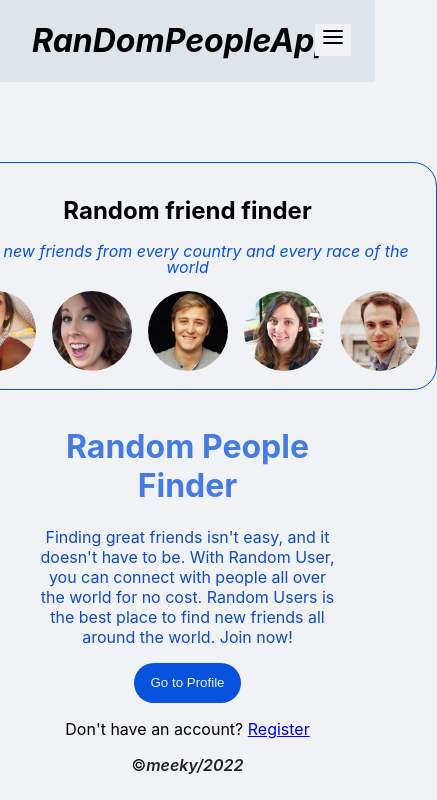
Repository: MikkyPrestige/RandomProfiles
Page: /
These files come from the project's save history. The page is drawn as it stood at one moment and after the next save; the edit follows.
The browser window is 375 px wide. The page is 437 px wide, so the pictures cover 437 px, including what lies to the right of the window. The pictures show the whole page.
The project was rebuilt for these pictures with package versions that can differ from the ones it lists, and the page was loaded fresh each time. Also part of the build but not shown: src/components/users.jsx, src/assets/styles/search.css, src/components/search.jsx, src/assets/styles/help.css, src/components/help.jsx, src/assets/styles/about.css, src/components/about.jsx, src/assets/styles/error.css and 9 more.

Above is the page before, as saved 2022-12-06 20:34:09.

### public/index.html
<!DOCTYPE html>
<html lang="en">

<head>
  <meta charset="utf-8" />
  <link rel="icon" href="%PUBLIC_URL%/favicon.ico" />
  <meta name="viewport" content="width=device-width, initial-scale=1" />
  <meta name="theme-color" content="#000000" />
  <meta name="description" content="Web site created using create-react-app" />
  <link rel="apple-touch-icon" href="%PUBLIC_URL%/logo192.png" />
  <!--
      manifest.json provides metadata used when your web app is installed on a
      user's mobile device or desktop. See https://developers.google.com/web/fundamentals/web-app-manifest/
    -->
  <link rel="manifest" href="%PUBLIC_URL%/manifest.json" />
  <!--
      Notice the use of %PUBLIC_URL% in the tags above.
      It will be replaced with the URL of the `public` folder during the build.
      Only files inside the `public` folder can be referenced from the HTML.

      Unlike "/favicon.ico" or "favicon.ico", "%PUBLIC_URL%/favicon.ico" will
      work correctly both with client-side routing and a non-root public URL.
      Learn how to configure a non-root public URL by running `npm run build`.
    -->
  <title>AltSchool Assignment 2</title>
</head>

<body>
  <noscript>You need to enable JavaScript to run this app.</noscript>
  <div id="root"></div>
  <!--
      This HTML file is a template.
      If you open it directly in the browser, you will see an empty page.

      You can add webfonts, meta tags, or analytics to this file.
      The build step will place the bundled scripts into the <body> tag.

      To begin the development, run `npm start` or `yarn start`.
      To create a production bundle, use `npm run build` or `yarn build`.
    -->
</body>

</html>

### src/index.css
body {
  margin: 0;
  font-family: -apple-system, BlinkMacSystemFont, 'Segoe UI', 'Roboto', 'Oxygen',
    'Ubuntu', 'Cantarell', 'Fira Sans', 'Droid Sans', 'Helvetica Neue',
    sans-serif;
  -webkit-font-smoothing: antialiased;
  -moz-osx-font-smoothing: grayscale;
  background-color: #f1f2f6;
}

code {
  font-family: source-code-pro, Menlo, Monaco, Consolas, 'Courier New',
    monospace;
}

### src/App.jsx
import * as React from "react";
import { ErrorBoundary } from "react-error-boundary";
import { Route, Routes } from "react-router-dom";
import {
  Layout,
  Home,
  Users,
  Search,
  Help,
  About,
  Error,
  ErrorFallBack,
  Profile,
  ProfileDisplay,
  Register,
  UpdatePassword,
  Footer,
} from "./components";

const App = () => {
  return (
    <div className="App">
      <main>
        <ErrorBoundary FallbackComponent={ErrorFallBack}>
          <Layout />
          <Routes>
            <Route path="/" element={<Home />} />
            <Route path="users">
              <Route index element={<Users />} />
              <Route path=":id" element={<Search />} />
            </Route>
            <Route path="profile" element={<Profile />} />
            <Route path="profileDisplay" element={<ProfileDisplay />} />
            <Route path="register" element={<Register />} />
            <Route path="update" element={<UpdatePassword />} />
            <Route path="help" element={<Help />} />
            <Route path="about" element={<About />} />
            <Route path="*" element={<Error />} />
          </Routes>
        </ErrorBoundary>
        <Footer />
      </main>
    </div>
  );
};

export default App;

### src/components/index.js
export {  Layout, Back } from "./layout";
export { default as Home } from "./home";
export { default as Users } from "./users";
export { default as Search } from "./search";
export { default as Help } from "./help";
export { default as About } from "./about";
export { default as Error } from "./error";
export { default as ErrorFallBack } from "./errorFallback";
export { default as Profile } from "./profile";
export { default as ProfileDisplay } from "./profileDisplay";
export { default as Register } from "./register";
export { default as UpdatePassword } from "./update";
export { Footer } from "./avatar";

### src/components/layout.jsx
// LAYOUT COMPONENT - This component is for the App Layout that displays the Navigation bar in the app UI to the user when app is open

import { useState } from "react";
import { NavLink } from "react-router-dom";
import "../assets/styles/layout.css";
import { MdClose } from "react-icons/md";
import { FiMenu } from "react-icons/fi";

const CustomNavLink = ({ to, ...props }) => {
  let activeStyle = {
    textDecoration: "underline",
    color: "red",
  };

  return (
    <NavLink
      style={({ isActive }) =>
        isActive ? activeStyle : { textDecoration: "none" }
      }
      to={to}
      end
      {...props}
    />
  );
};

const LayoutSmall = () => {
  const [nav, setNav] = useState(false);

  const toggleNav = () => {
    setNav(!nav);
  };

  const closeNav = () => {
    setNav(false);
  };

  return (
    <div className="layout small">
      <header className="layout__header">
        <div className="layout__header--text">
          <h1 className="layout__header--title">RanDomPeopleApp</h1>
        </div>
        <nav className="layout__nav">
          <button onClick={toggleNav} className="layout--btn">
            {nav ? (
              <MdClose className="layout__btn--icon" />
            ) : (
              <FiMenu className="layout__btn--icon" />
            )}
          </button>
          <div className={`menuNav ${nav ? " showMenu" : ""}`}>
            <CustomNavLink
              to="/"
              end
              className="nav__item"
              onClick={() => closeNav()}
            >
              Home
            </CustomNavLink>
            <CustomNavLink
              to="profile"
              className="nav__item"
              onClick={() => closeNav()}
            >
              Users
            </CustomNavLink>
            <CustomNavLink
              to="about"
              className="nav__item"
              onClick={() => closeNav()}
            >
              About
            </CustomNavLink>
            <CustomNavLink
              to="help"
              className="nav__item"
              onClick={() => closeNav()}
            >
              Features
            </CustomNavLink>
          </div>
        </nav>
      </header>
    </div>
  );
};

const LayoutLarge = () => {
  return (
    <div className="layout large">
      <header className="layout__header">
        <div className="layout__header--text">
          <h1 className="layout__header--title">RanDomPeopleApp</h1>
        </div>
        <nav className="layout__nav">
          <div className="nav__items--large">
            <CustomNavLink to="/" className="nav__item--large">
              Home
            </CustomNavLink>
            <CustomNavLink to="profile" className="nav__item--large">
              Users
            </CustomNavLink>
            <CustomNavLink to="about" className="nav__item--large">
              About
            </CustomNavLink>
            <CustomNavLink to="help" className="nav__item--large">
              Features
            </CustomNavLink>
          </div>
        </nav>
      </header>
    </div>
  );
};

const Layout = () => {
  return (
    <div>
      <LayoutSmall />
      <LayoutLarge />
    </div>
  );
};

//  Navigate back home button
const Back = () => {
  const [isHover, setIsHover] = useState(false);

  const handleMouseEnter = () => {
    setIsHover(true);
  };

  const handleMouseLeave = () => {
    setIsHover(false);
  };

  const style = {
    border: "none",
    borderRadius: ".5rem",
    padding: " .5rem",
    fontSize: "1rem",
    fontWeight: "600",
    cursor: "pointer",
    backgroundColor: isHover ? "lightblue" : "rgb(0, 191, 255)",
    color: isHover ? "#f00" : "green",
  };

  return (
    <NavLink to="/" className="back__button">
      <button
        style={style}
        onMouseEnter={handleMouseEnter}
        onMouseLeave={handleMouseLeave}
      >
        Back ←{" "}
      </button>
    </NavLink>
  );
};

export { Layout, Back };

### src/components/home.jsx
// HOME COMPONENT - This component is the Home section of the app that displays app Home page on load and when the 'HOME' button in the header is clicked

import { Link, useNavigate } from "react-router-dom";
import "../assets/styles/home.css";
import { Avatar } from "./avatar";
import FirstFemale from "../assets/img/female-1.jpg";
import SecondFemale from "../assets/img/female-2.jpg";
import ThirdFemale from "../assets/img/female-3.jpg";
import FirstMale from "../assets/img/male-1.jpg";
import SecondMale from "../assets/img/male-2.jpg";

const Home = () => {
  const navigate = useNavigate();
  const getStarted = () => {
    navigate("/profileDisplay"); // Redirect the user to the users component when the get started button is clicked
  };

  return (
    <div className="home">
      <div className="home__container">
        <div className="desc">
          <h1 className="desc__heading">Random people finder</h1>
          <p className="desc__paragraph">
            Finding great friends isn't easy, and it doesn't have to be. With
            Random User, you can connect with people all over the world for no
            cost. Random Users is the best place to find new friends all around
            the world. Join now!
          </p>
          <button onClick={getStarted} className="desc__cta">
            Go to Profile
          </button>
          <p className="register__text">
            Don't have an account?{" "}
            <Link to="/register" className="register__link">
              Register
            </Link>
          </p>
        </div>
        <div className="home__wrapper">
          <h2 className="home__heading">Random friend finder</h2>
          <p className="home__text">
            Find new friends from every country and every race of the world
          </p>
          <div className="home__img">
            <Avatar
              image={FirstFemale}
              alt="Female One"
              style={{ width: "5rem", height: "5rem", borderRadius: "50%" }}
            />
            <Avatar
              image={SecondFemale}
              alt="Female Two"
              style={{ width: "5rem", height: "5rem", borderRadius: "50%" }}
            />
            <Avatar
              image={FirstMale}
              alt="Male One"
              style={{ width: "5rem", height: "5rem", borderRadius: "50%" }}
            />
            <Avatar
              image={ThirdFemale}
              alt="Female Three"
              style={{ width: "5rem", height: "5rem", borderRadius: "50%" }}
            />
            <Avatar
              image={SecondMale}
              alt="Male Two"
              style={{ width: "5rem", height: "5rem", borderRadius: "50%" }}
            />
          </div>
        </div>
      </div>
    </div>
  );
};

export default Home;

### src/components/avatar.jsx
// AVATAR COMPONENT - This component is for the Images used in the app.

import "../assets/styles/layout.css";

export const Avatar = ({ image = "", alt = "", style = {} }) => {
  return (
    <div className="avatar">
      <img src={image} alt={alt} style={style} />
    </div>
  );
};

// FOOTER COMPONENT - for the attribution

export const Footer = () => {
  return (
    <div className="attribution">
      <footer>
        &copy;
        <a
          href="https://github.com/MeekyBerry"
          target="_blank"
          rel="noreferrer"
          className="footer"
        >
          meeky/2022
        </a>
      </footer>
    </div>
  );
};

### src/assets/styles/layout.css
.layout {
  background-color: #dfe4ea;
  width: 100%;
}

.layout__nav {
  display: flex;
  align-items: center;
  justify-content: space-between;
  position: relative;
  padding-right: 2rem;
}

.layout__header {
  display: flex;
  justify-content: space-between;
  align-items: center;
}

.layout__header--title {
  font-style: oblique;
  padding-left: 2rem;
}

.layout--btn {
  position: fixed;
  top: 1.5rem;
  right: 1.5rem;
  z-index: 10;
  background-color: #f1f2f5;
  border: none;
  font-size: 1.5rem;
  cursor: pointer;
}

.menuNav {
  position: fixed;
  top: 6rem;
  right: 0;
  width: 0;
  max-width: 10rem;
  height: 100%;
  background-color: #f1f2f5;
  z-index: 5;
  overflow: hidden;
}

.menuNav.showMenu {
  width: 100%;
  transition: all 2s ease-in;
  -webkit-transition: all 2s ease-in;
  -moz-transition: all 2s ease-in;
  -ms-transition: all 2s ease-in;
  -o-transition: all 2s ease-in;
}

.nav__items {
  display: flex;
  align-items: center;
  list-style: none;
  /* flex-wrap: wrap; */
}

.nav__item {
  font-size: 1.2rem;
  padding: 1rem;
  text-transform: uppercase;
  display: block;
  text-align: center;
  text-transform: uppercase;
  color: #0046dc;
}

.nav__item:hover {
  color: #7dd5c6;
}

.nav__items--large {
  display: flex;
  gap: 2rem;
}

.nav__item--large {
  text-transform: uppercase;
  font-size: 1.1rem;
  font-weight: 700;
  letter-spacing: .2rem;
  color: #0046dc;
}

.attribution {
  text-align: center;
}

.footer {
  color: #222;
  text-decoration: none;
  cursor: pointer;
  font-style: italic;
  font-weight: 600;
}

/* MEDIA QUERY TO HIDE THE NAVIGATION BAR HAMBURGER ON LARGE SCREENS */

@media screen and (min-width: 768px) {
  .small {
    display: none;
  }

  .large {
    display: block;
  }
}

@media screen and (max-width: 768px) {
  .small {
    display: block;
  }

  .large {
    display: none;
  }
}

@media screen and (max-width: 900px) {
  .nav__item--large {
    font-size: 1rem;
    margin-right: -.5rem;
  }

}

### src/assets/styles/home.css
.home {
  margin-top: 5rem;
  text-align: center;
}

.home__container {
  display: flex;
  justify-content: space-around;
  align-items: center;
  gap: 1rem;
}

.desc {
  width: 40%;
}

.desc__heading {
  font-size: 2rem;
  color: #0651ddbb;
  text-transform: capitalize;
}

.desc__paragraph {
  font-size: 1rem;
  color: #0f4cbe;
}

.desc__cta {
  background-color: #0652dd;
  color: #f1f2f6;
  padding: 0.8rem 1rem;
  border: none;
  border-radius: 1.5rem;
}

.desc__cta:hover {
  background-color: #0f4cbe;
}

.home__wrapper {
  border: 1px solid #0652dd;
  border-radius: 1.5rem;
  line-height: 1;
  padding: 1rem;
  height: min-content;
}

.home__text {
  font-style: italic;
  color: #0652dd;
}

.home__img {
  display: flex;
  align-items: center;
  gap: 1rem;
}

@media screen and (max-width: 900px) {
  .home__container {
    flex-direction: column-reverse;
  }

  .desc {
    width: 60%;
  }
}

@media screen and (max-width: 600px) {
  .desc {
    width: 80%;
  }

}

### src/assets/styles/users.css
.users {
  background-color: #fff;
  border: 1px solid #ccc;
  border-radius: 0.5rem;
  padding: 1rem;
  margin: 1rem;
}

.users__container {
  display: flex;
  flex-direction: column;
  justify-content: center;
  align-items: center;
}

.users__heading {
  text-align: center;
  text-transform: uppercase;
  font-size: 1.5rem;
  font-weight: bold;
  margin-bottom: 1rem;
}

.users__list {
  list-style: none;
  padding: 2rem;
  margin: 1rem auto;
  width: 85%;
  display: grid;
  grid-template-columns: repeat(3, minmax(200px, 1fr));
  grid-gap: 3rem;
}

.user__items {
  border-bottom: 1px solid #ccc;
}

.user__item {
  background-color: #fff;
  border: 1px solid #ccc;
  border-radius: 0.5rem;
  padding: 1rem;
}

.user__img {
  width: 80%;
  border-radius: 10%;
  margin-left: 1rem;
}

/* BUTTON BELOW */
.btn__container {
  display: flex;
  justify-content: center;
  align-items: center;
}

.active:hover {
  background-color: #ced6e0;
  color: #1e90ff;
}

.active:active {
  background-color: #70a1ff;
  color: #ced6e0;
}

.btn__array {
  padding: 0.5rem;
  margin: 0.5rem;
  font-size: 1rem;
  border-radius: 0.5rem;
  border: none;
  cursor: pointer;
}

.search__box {
  display: flex;
  justify-content: center;
  align-items: center;
}

.search__link {
  background-color: #fff;
  border: 1px solid #ccc;
  color: #1e90ff;
  border-radius: 1rem;
  width: 18rem;
  padding: 0.5rem;
  margin: 1rem;
  font-size: 1rem;
  font-weight: bold;
  cursor: pointer;
  text-align: center;
  text-decoration: none;
  animation: search 1s ease-in-out infinite;
}

.search__link:hover {
  background-color: #1e90ff;
  color: #fff;
  animation: none;
}

.search__link:active {
  background-color: #70a1ff;
  color: #fff;
  animation: none;
}

@keyframes search {
  0% {
    transform: scale(1);
  }

  50% {
    transform: scale(1.2);
  }

  100% {
    transform: scale(1);
  }
}

Loaded but not shown: src/index.js (common file)

After the next save:
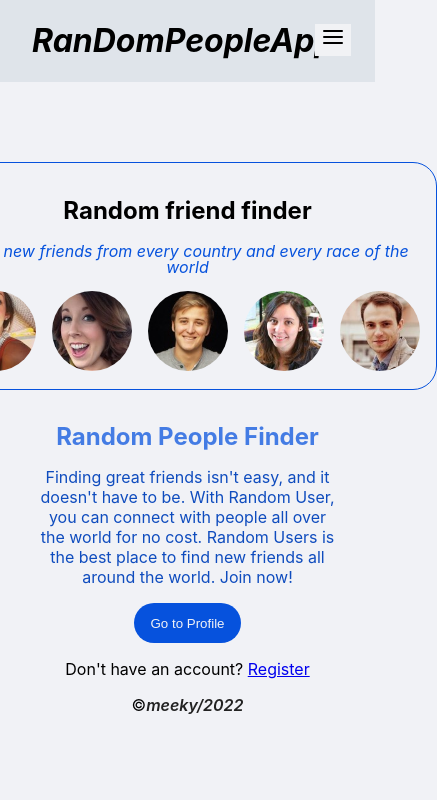
Saved 41 s later.
--- a/src/assets/styles/home.css
+++ b/src/assets/styles/home.css
@@ -71,4 +71,8 @@
     width: 80%;
   }
 
+  .desc__heading {
+    font-size: 1.5rem;
+  }
+
 }
